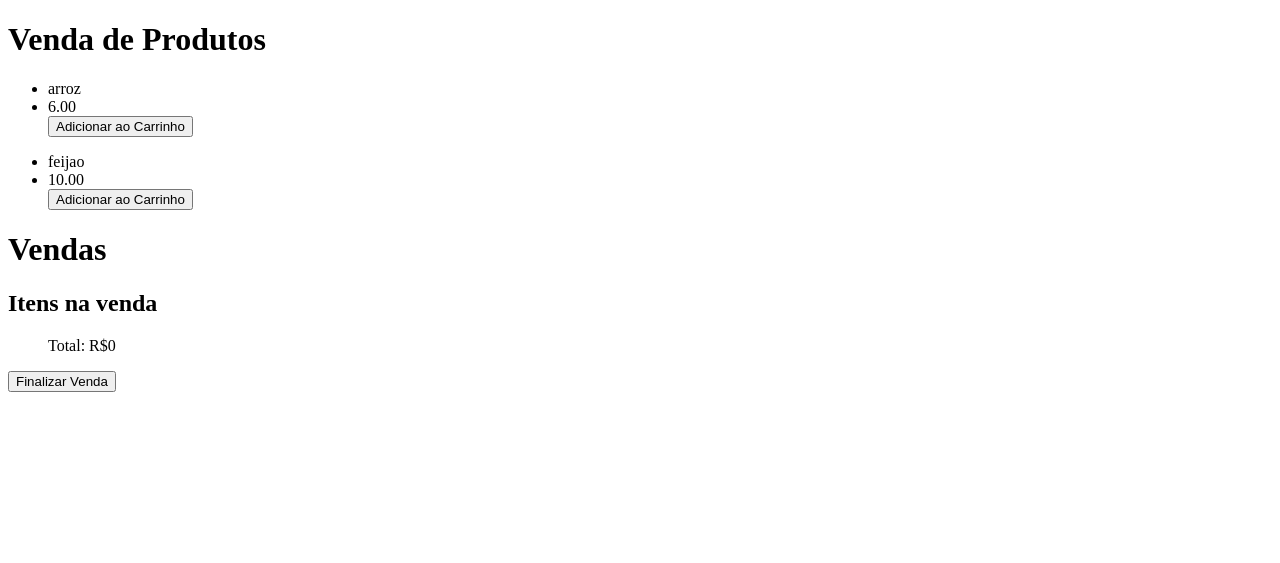
Repository: joaobatistafrontend/test-venda
Page: http://localhost/
The author's editor kept a copy of each file at every save. The page is drawn from the files as they stood at one save, then again after the next save.
The browser window is 1280 px wide. The pictures show the whole page.
The page is served by the project's application, run on Django 4.2 (manage.py). The page reads the database file committed with the project. Queries for data that is not in the repository find no rows.

Above is the page before, as saved 2024-09-28 17:46:23.

After the next save:
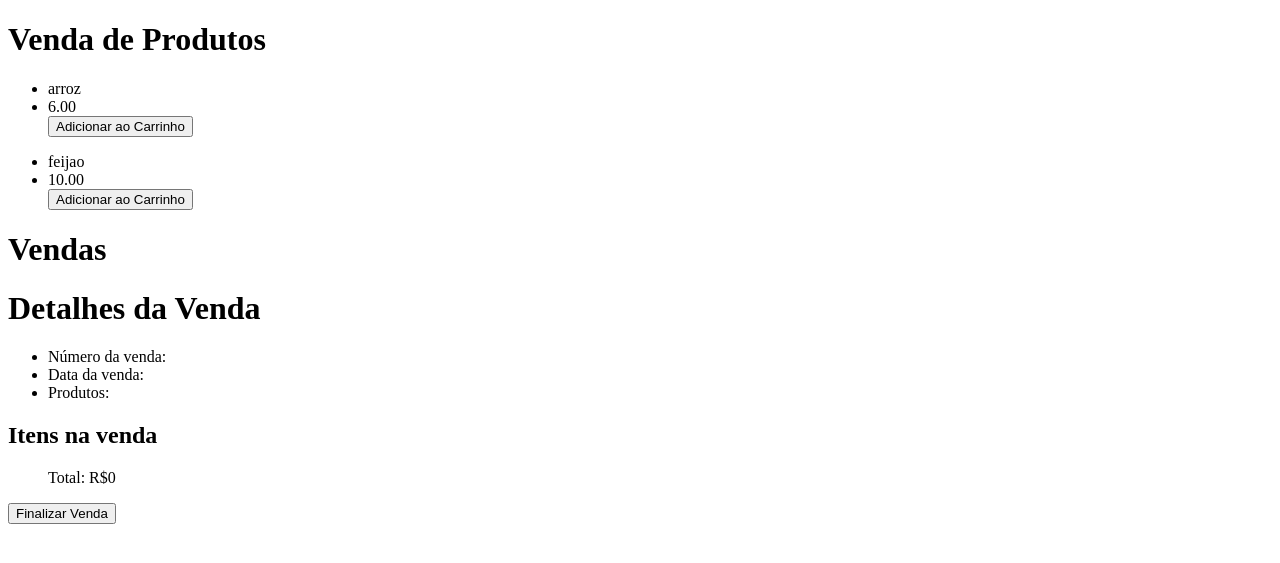
Saved 30 s later.
--- a/templates/venda.html
+++ b/templates/venda.html
@@ -24,21 +24,19 @@
     {% endfor %}
     <h1>Vendas</h1>
 
-    {% for v in venda %}
+    <h1>Detalhes da Venda {{ venda.numero_venda }}</h1>
 
-        <ul>
-            <li> {{ v.numero_venda }} </li>
-            {% for item in v.itens.all %}
-                <ul>
-                    <li>{{ item.produto.nome}}</li>
-                </ul>
-            {% endfor %}
-
-        </ul>
-        <button class="btn btn-primary" type="button" onclick="location.href='{% url 'edita_venda' v.pk %}'">Editar</button>
-        <button class="btn btn-danger" type="button" onclick="location.href='{% url 'deletar_venda' v.pk %}'">Apagar</button>
-
-    {% endfor %}
+    <ul>
+        <li> Número da venda: {{ venda.numero_venda }} </li>
+        <li> Data da venda: {{ venda.data_venda }} </li>
+        <li> Produtos:
+            <ul>
+                {% for item in venda.itens.all %}
+                    <li>{{ item.produto.nome }} - Quantidade: {{ item.qtd }} - Total: R${{ item.total }}</li>
+                {% endfor %}
+            </ul>
+        </li>
+    </ul>
 
 
     <!-- Botão para finalizar a venda -->

After the save that followed:
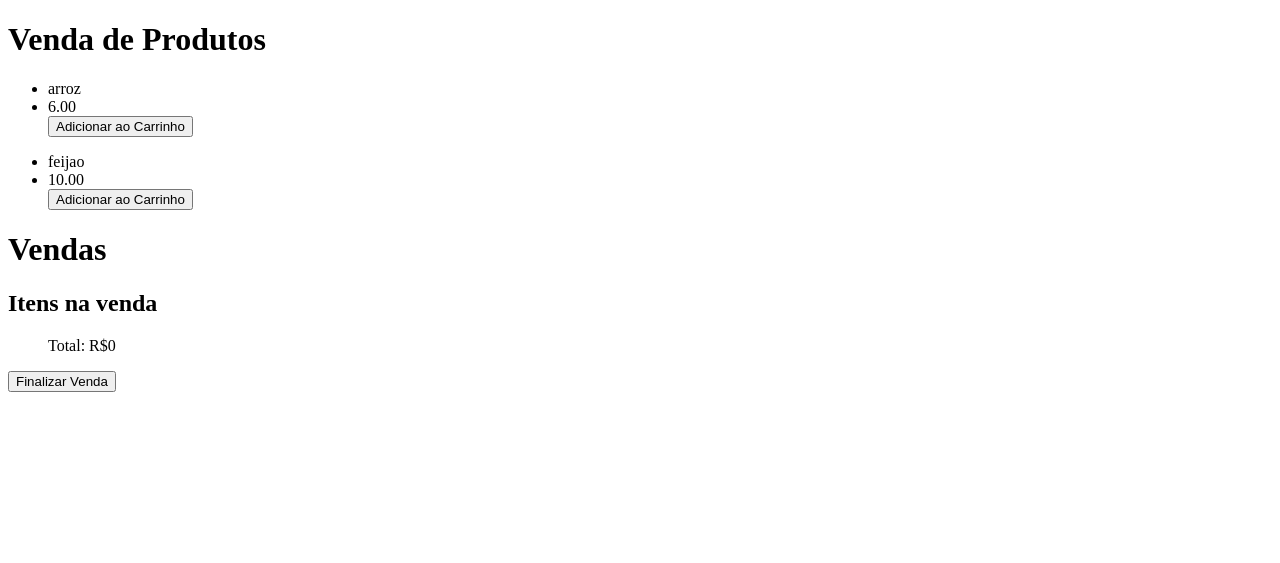
Saved 14 s later.
--- a/templates/venda.html
+++ b/templates/venda.html
@@ -24,19 +24,21 @@
     {% endfor %}
     <h1>Vendas</h1>
 
-    <h1>Detalhes da Venda {{ venda.numero_venda }}</h1>
+    {% for v in venda %}
 
-    <ul>
-        <li> Número da venda: {{ venda.numero_venda }} </li>
-        <li> Data da venda: {{ venda.data_venda }} </li>
-        <li> Produtos:
-            <ul>
-                {% for item in venda.itens.all %}
-                    <li>{{ item.produto.nome }} - Quantidade: {{ item.qtd }} - Total: R${{ item.total }}</li>
-                {% endfor %}
-            </ul>
-        </li>
-    </ul>
+        <ul>
+            <li> {{ v.numero_venda }} </li>
+            {% for item in v.itens.all %}
+                <ul>
+                    <li>{{ item.produto.nome}}</li>
+                </ul>
+            {% endfor %}
+
+        </ul>
+        <button class="btn btn-primary" type="button" onclick="location.href='{% url 'edita_venda' v.pk %}'">Editar</button>
+        <button class="btn btn-danger" type="button" onclick="location.href='{% url 'deletar_venda' v.pk %}'">Apagar</button>
+
+    {% endfor %}
 
 
     <!-- Botão para finalizar a venda -->
